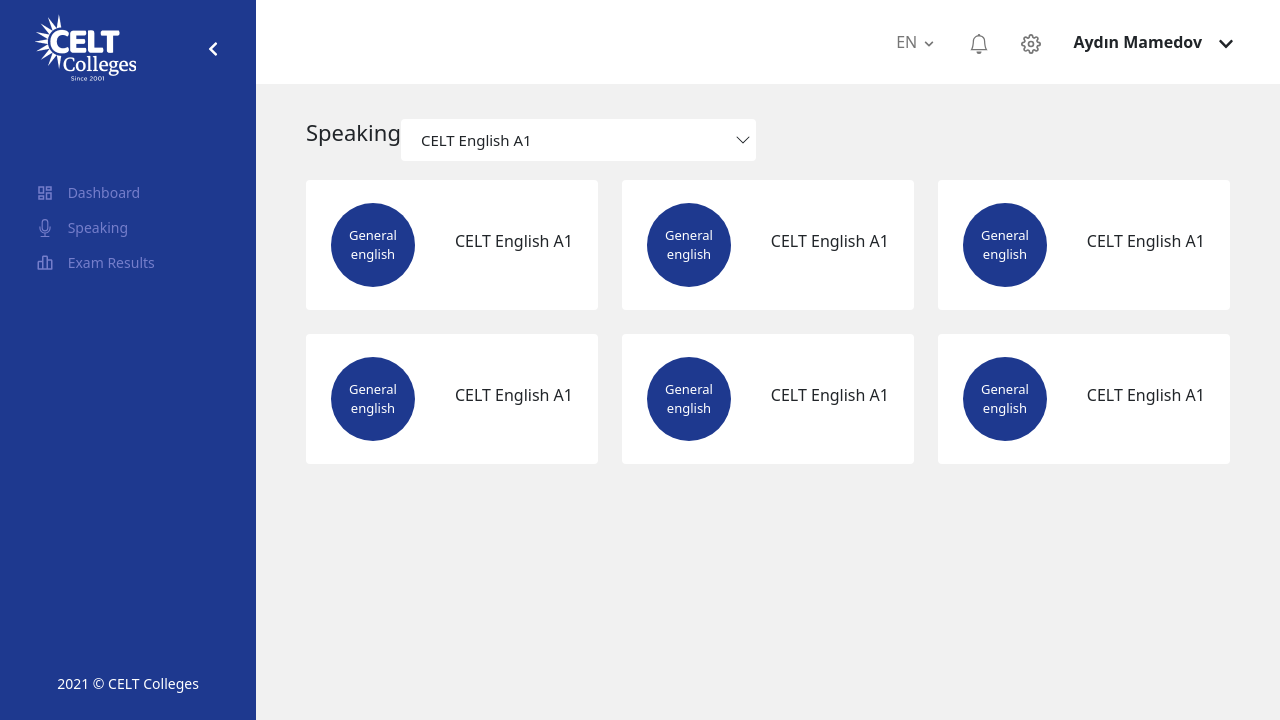
Repository: aydinws/celtapp
Page: /speaking
The author's editor kept a copy of each file at every save. The page is drawn from the files as they stood at one save, then again after the next save.
The browser window is 1280 px wide. The pictures show the whole page.
The project was rebuilt for these pictures with package versions that can differ from the ones it lists, and the page was loaded fresh each time. Also part of the build but not shown: src/pages/Dashboard/index.js, src/pages/ExamResults/index.scss, src/components/Table/index.scss, src/components/Pagination/index.scss, src/components/Pagination/index.js, src/components/Table/index.js, src/pages/ExamResults/index.js.

Above is the page before, as saved 2021-06-10 00:10:45.

### src/App.js
import React from 'react';

// files
import './assets/css/app.scss';

// pages
import Dashboard from './pages/Dashboard';
import ExamResults from './pages/ExamResults';
import Speakings from './pages/Speakings';

// npm modules
import 'bootstrap/dist/css/bootstrap.css';
import { BrowserRouter as Router, Switch, Route } from "react-router-dom";


function App() {
  return (
    <Router>
      <Switch>
        <Route path="/" exact component={Dashboard} />
        <Route path="/speaking" exact component={Speakings} />
        <Route path="/examresults" exact component={ExamResults} />
      </Switch>
    </Router>
  );
}

export default App;

### src/assets/css/app.scss
@import 'code';

* {
    padding: 0;
    margin: 0;
    list-style: none;
    text-decoration: none;
    outline: none;
}

body {
    height: 100%;
    background-color: $bgColor !important;
}

.app {
    height: 100%;
    display: flex;

    .content {
        height: 100vh;
        flex: 1;
    }
}

.section {
    margin: 35px 50px;

    @media screen and (max-width:481px) {
        margin: 35px 20px;
    }

    .content-body-head {

        h3 {
            font-size: 22px;
            margin: 0 0 35px;
        }

        .search-input {
            width: 278px;
            height: 42px;
            border-radius: 4px;
            overflow: hidden;
            float: right;

            @media screen and (max-width:768px) {
                margin: 0 0 20px;
                width: 100%;
            }

            input {
                width: 236px;
                height: 42px;
                padding: 0 0 0 20px;
                border: 1px solid #FFFFFF;
                background-color: #FFFFFF;
                font-size: 15px;

                @media screen and (max-width:768px) {
                    width: calc(100% - 42px);
                }
            }

            input::placeholder {
                font-weight: 500;
            }

            svg {
                fill: $grayColor;
                padding: 12px;
                width: 42px;
                height: 42px;
                background-color: #FFFFFF;
                margin: 0 0 4px;
            }
        }
    }
}

.orange { fill: $orangeColor; color: $orangeColor !important; }
.red { fill: $redColor; color: $redColor !important; }
.green { fill: $greenColor; color: $greenColor !important; }
.c-pointer { cursor: pointer; }

### src/pages/Speakings/index.js
import React, { useState } from 'react';
import './index.scss';

// components
import Sidebar from '../../components/SideBar';
import TopBar from '../../components/TopBar';

//icons
import { BsChevronDown } from "react-icons/bs";

function Speaking() {

    const [visible, setVisible] = useState(true);

    const openCloseMenu = () => {
        setVisible(!visible);
    }
    return (
        <div className="app">
            {visible && <Sidebar openCloseMenu={openCloseMenu} />}

            <div className="content">
                <TopBar openCloseMenu={openCloseMenu} />

                <div className="section">
                    <div className="content-body-head">
                        <div className="row">
                            <div className="col-12 col-md-6 d-flex">
                                <h3>Speaking</h3>
                                <div className="select-option">
                                    <span>CELT English A1</span>
                                    <BsChevronDown />
                                </div>
                            </div>
                        </div>
                    </div>
                    <div className="content-body">
                        <div className="row">
                            <div className="col-12 col-md-6 col-lg-4 mb-4">
                                <div className="card card--speaking">
                                    <div className="card-circle">
                                        <p>General english</p>
                                    </div>
                                    <h6>CELT English A1</h6>
                                </div>
                            </div>
                            <div className="col-12 col-md-6 col-lg-4 mb-4">
                                <div className="card card--speaking">
                                    <div className="card-circle">
                                        <p>General english</p>
                                    </div>
                                    <h6>CELT English A1</h6>
                                </div>
                            </div>
                            <div className="col-12 col-md-6 col-lg-4 mb-4">
                                <div className="card card--speaking">
                                    <div className="card-circle">
                                        <p>General english</p>
                                    </div>
                                    <h6>CELT English A1</h6>
                                </div>
                            </div>
                            <div className="col-12 col-md-6 col-lg-4 mb-4">
                                <div className="card card--speaking">
                                    <div className="card-circle">
                                        <p>General english</p>
                                    </div>
                                    <h6>CELT English A1</h6>
                                </div>
                            </div>
                            <div className="col-12 col-md-6 col-lg-4 mb-4">
                                <div className="card card--speaking">
                                    <div className="card-circle">
                                        <p>General english</p>
                                    </div>
                                    <h6>CELT English A1</h6>
                                </div>
                            </div>
                            <div className="col-12 col-md-6 col-lg-4 mb-4">
                                <div className="card card--speaking">
                                    <div className="card-circle">
                                        <p>General english</p>
                                    </div>
                                    <h6>CELT English A1</h6>
                                </div>
                            </div>
                        </div>
                    </div>
                </div>
            </div>
        </div>
    );
}

export default Speaking;

### src/assets/css/code.scss
$bgColor: #F1F1F1;
$mainBlue: #1E398F;
$blueTextColor: #757ECB;
$orangeColor: #EE7100;
$redColor: #C10000;
$greenColor: #009F3F;
$grayColor: #767676;

### src/pages/Dashboard/index.scss
@import '../../assets/css/code.scss';
@import '../../assets/css/custom.scss';

.anime-h {
    height: 66px;
}

.content-body {
    .card {
        border-radius: 4px;
        padding: 23px 25px;
        overflow: hidden;

        &--dashboard {
            width: 100%;
            height: 100%;
            position: relative;
        }

        .card-header {
            border-bottom: 0.5px solid #DEDEDE;
            background-color: #FFFFFF;
            padding: 0;
            display: flex;
            justify-content: space-between;

            svg {
                fill: $orangeColor;
                width: 22px;
                height: 22px;
            }

            h4 {
                font-size: 18px;
                margin: 0 0 20px;
                padding: 0;
                cursor: pointer;
            }
        }

        ul {
            padding: 0;
        }

        ul li {
            margin-top: 25px;
        }

        ul li h4 {
            font-size: 15px;
            text-transform: uppercase;
            padding: 0;
        }

        ul li p {
            font-size: 12px;
            color: #878787;
        }

        label {
            display: flex;
            align-items: center;
            position: relative;
            cursor: pointer;
        }

        label {
            div {
                font-size: 15px;
                text-transform: uppercase;
                padding: 0;
                margin: 0 30px;
                font-weight: 500;
            }
        }

        a {
            color: $mainBlue;
            text-decoration: none;
            font-size: 13px;
            position: absolute;
            right: 0;
            bottom: 0;
            margin: 25px;
            font-weight: bold;
        }

        svg {
            fill: $mainBlue;
            width: 7px;
            padding: 0 0 2px;
        }
    }
}

### src/components/SideBar/index.js
import React from 'react';
import './index.scss';

// npm modules
import { Link } from "react-router-dom";

// icons
import { FaChevronLeft } from "react-icons/fa";
import { BsMic } from "react-icons/bs";
import { RiDashboardLine } from "react-icons/ri";
import { BiBarChartAlt2 } from "react-icons/bi";

// images
import Logo from '../../assets/images/logo.png';

function Sidebar({ openCloseMenu }) {
    return (
        <div className="side-bar">
            <div className="side-bar-content">
                <div className="side-bar-content-header">
                    <img src={Logo} alt="Logo" />
                    <FaChevronLeft onClick={openCloseMenu} />
                </div>
                <div className="side-bar-content-body">
                    <ul>
                        <li>
                            <Link to="/"><RiDashboardLine /> Dashboard</Link>
                        </li>
                        <li>
                            <Link to="/speaking"><BsMic /> Speaking</Link>
                        </li>
                        <li>
                            <Link to="/examresults"><BiBarChartAlt2 /> Exam Results</Link>
                        </li>
                    </ul>
                </div>
                <p>2021 © CELT Colleges</p>
            </div>
        </div>
    );
}

export default Sidebar;

### src/components/TopBar/index.js
import React from 'react';
import './index.scss';

// icons
import { FaChevronDown } from "react-icons/fa";
import { BsBell } from "react-icons/bs";
import { FiSettings } from "react-icons/fi";
import { GoThreeBars } from "react-icons/go";

// images
import Avatar from '../../assets/images/avatar.png';
import Logo from '../../assets/images/logo.png';

function TopBar({ openCloseMenu }) {
    return (
        <div className="top-bar">
            <img src={Logo} alt="Logo" />
            <ul>
                <li>
                    <span>EN <FaChevronDown /></span>
                </li>
                <li>
                    <BsBell />
                </li>
                <li>
                    <FiSettings onClick={openCloseMenu} />
                </li>
                <li>
                    <img src={Avatar} alt="Avatar" />
                    <span>Aydın Mamedov</span>
                    <FaChevronDown />
                </li>
                <li>
                    <GoThreeBars onClick={openCloseMenu} />
                </li>
            </ul>
        </div>
    );
}

export default TopBar;

### src/pages/Speakings/index.scss
@import '../../assets/css/code.scss';
@import '../../assets/css/custom.scss';

.anime-h {
    height: 64px;
}

.content-body {
    .card {
        border-radius: 4px;
        padding: 23px 25px;
        overflow: hidden;

        &--speaking {
            border: 0;
            flex-direction: row;
            justify-content: space-between;
            align-items: center;
            cursor: pointer;
        }

        .card-circle {
            width: 84px;
            height: 84px;
            background-color: $mainBlue;
            color: #FFFFFF;
            border-radius: 50%;
            text-align: center;
            display: flex;
            align-items: center;

            p {
                font-size: 13px;
                margin: 0;
            }

            h6 {
                font-size: 17px;
            }
        }
    }
}

.select-option {
    width: 100%;
    height: 42px;
    background-color: #FFFFFF;
    border-radius: 4px;
    overflow: hidden;
    display: flex;
    justify-content: space-between;
    align-items: center;
    padding: 0 5px 0 20px;

    span {
        font-weight: 500;
        font-size: 15px;
    }
}

### src/assets/css/custom.scss
.custom-checkbox {
    position: absolute;
    opacity: 0;
    height: 0;
    width: 0;
}

.checkmark {
    position: absolute;
    top: 2px;
    left: 0;
    height: 18px;
    width: 18px;
    background-color: #eee;
    cursor: pointer;
    border-radius: 2px;
}

.custom-checkbox:hover input ~ .checkmark {
    background-color: #ccc;
}

.custom-checkbox:checked ~ .checkmark {
    background-color: $mainBlue;
}

.checkmark:after {
    content: "";
    position: absolute;
    display: none;
}

.custom-checkbox:checked ~ .checkmark:after {
    display: block;
}

.checkmark:after {
    left: 7px;
    top: 4px;
    width: 4px;
    height: 8px;
    border: solid white;
    border-width: 0 2px 2px 0;
    -webkit-transform: rotate(45deg);
    -ms-transform: rotate(45deg);
    transform: rotate(45deg);
}

.custom-radio {
    position: absolute;
    opacity: 0;
    height: 0;
    width: 0;
}

.radiomark {
    position: absolute;
    top: 2px;
    left: 0;
    height: 18px;
    width: 18px;
    background-color: #eee;
    cursor: pointer;
    border-radius: 50%;
}

.custom-radio input ~ .radiomark {
    background-color: #ccc;
}

.custom-radio:checked ~ .radiomark {
    background-color: $mainBlue;
}

.radiomark:after {
    content: "";
    position: absolute;
    display: none;
}

.custom-radio:checked ~ .radiomark:after {
    display: block;
}


.radiomark:after {
    top: 6px;
	left: 6px;
	width: 6px;
	height: 6px;
	border-radius: 50%;
	background: white;
}

### src/components/SideBar/index.scss
@import '../../assets/css/code.scss';

.side-bar {
    width: 256px;

    @media screen and (max-width:1024px) {
        position: fixed;
        z-index: 10;
    }

    .side-bar-content {
        width: 256px;
        height: 100%;
        position: fixed;
        z-index: 10;
        background-color: $mainBlue;

        p {
            width: 100%;
            text-align: center;
            position: absolute;
            bottom: 10px;
            color: #FFFFFF;
            font-size: 14px;
        }
    }

    .side-bar-content-header {
        display: flex;
        justify-content: space-between;
        padding: 14px 35px;
        align-items: center;

        svg {
            fill: #FFFFFF;
            cursor: pointer;
        }
    }

    .side-bar-content-body {
        ul {
            padding: 0;
            width: 100%;
            margin-top: 83px;
        }

        li {
            padding: 0 33px;
            margin: 10px 0;
            transition: border-left 200ms;
            border-left: 3px solid transparent;

            svg {
                width: 18px;
                height: 18px;
                fill: $blueTextColor;
                margin-right: 10px;
                margin-bottom: 3.5px;
                transition: fill 400ms;
            }

            a {
                font-size: 14px;
                color: $blueTextColor;
                text-decoration: none;
                transition: color 400ms;
            }

            &:hover {
                border-left: 3px solid #FFFFFF;
            }

            &:hover svg {
                fill: #FFFFFF;
            }

            &:hover a {
                color: #FFFFFF;
            }
        }
    }
}

### src/components/TopBar/index.scss
@import '../../assets/css/code.scss';

.top-bar {
    background-color: #FFFFFF;
    flex: 1;
    height: 84px;
    align-items: center;
    justify-content: space-between;
    z-index: 9;

    img {
        display: none;
    }

    @media screen and (max-width:1024px) {
        display: flex;
        background-color: $mainBlue;
        height: 69px;
        overflow: hidden;

        img {
            width: 69px;
            height: 47px;
            display: block;
            margin: 11px 20px;
        }
    }

    ul {
        display: flex;
        justify-content: flex-end;
        height: 84px;
        align-items: center;
        margin-right: 30px;

        @media screen and (max-width:1024px) {
            margin-right: 15px;
        }

        li {
            cursor: pointer;
            margin: 24px 16px;

            @media screen and (max-width:1024px) {
                margin: 17px 15px 0 0;
            }

            &:nth-child(1) span {
                color: $grayColor;
                @media screen and (max-width:1024px) {
                    color: #FFFFFF;
                }

                svg {
                    height: 10px;
                }
            }

            &:nth-child(2) {
                svg {
                    fill: $grayColor;
                    width: 20px;
                    height: 20px;

                    @media screen and (max-width:1024px) {
                        fill: #FFFFFF;
                    }
                }
            }

            &:nth-child(3) {
                svg {
                    stroke: $grayColor;
                    width: 20px;
                    height: 20px;
                }
            }

            &:nth-child(4) {
                img, span {
                    margin-right: 16px;
                }

                span {
                    font-weight: 600;
                }
            }

            &:nth-child(5) {
                @media screen and (min-width:1024px) {
                    display: none;
                }
                svg {
                    fill: $grayColor;
                    width: 20px;
                    height: 20px;
                    @media screen and (max-width:1024px) {
                        fill: #FFFFFF;
                    }
                }
            }

            @media screen and (max-width:1024px) {
                &:nth-child(3), &:nth-child(4) {
                    display: none;
                }
            }
        }
    }
}

Loaded but not shown: public/index.html (common file); src/index.js (common file)

After the next save:
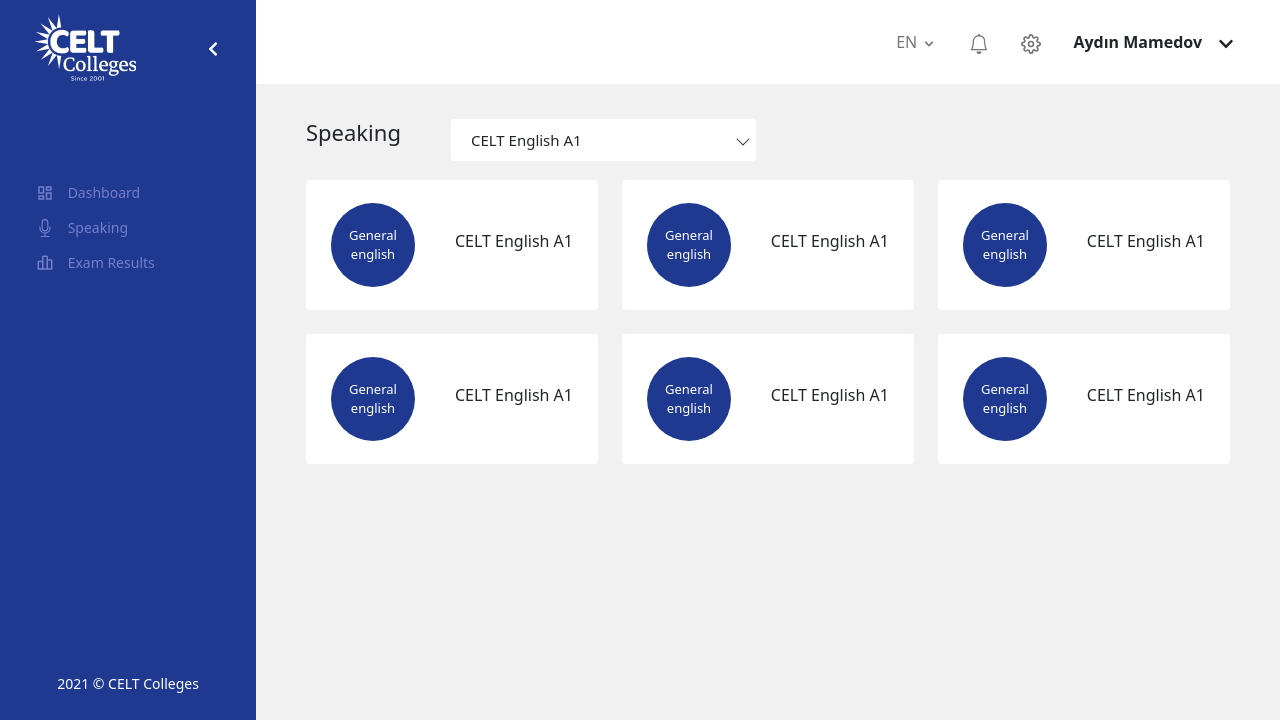
Saved 8 s later.
--- a/src/pages/Speakings/index.scss
+++ b/src/pages/Speakings/index.scss
@@ -51,9 +51,14 @@
     justify-content: space-between;
     align-items: center;
     padding: 0 5px 0 20px;
+    margin: 0 0 0 50px;
 
     span {
         font-weight: 500;
         font-size: 15px;
     }
+
+    svg {
+        margin-top: 4px;
+    }
 }
